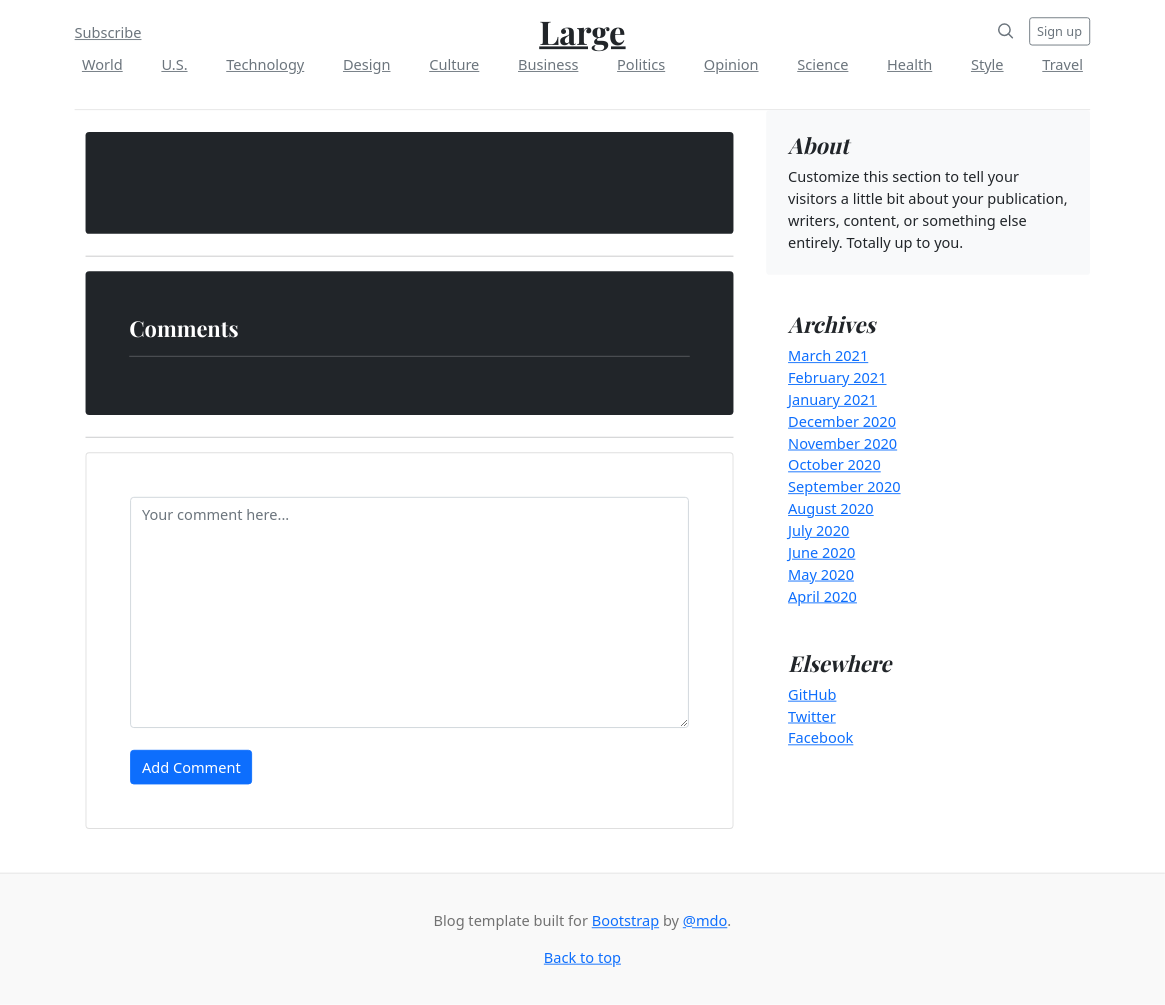
Repository: GarlicButterBoy/WEBD5201
Page: resources/views/posts/show.blade.php
An editor plug-in stored every save of this project. The page is shown before and after the next save, followed by the edit.
The browser window is 1280 px wide. The pictures show the whole page, at 91% of full size.
The page is served by the project's Laravel application, run on PHP 8.4 with Laravel 8. Other server files are loaded and not shown. The template is opened directly, without the code that normally fills it, so the values that code supplies are empty.

Above is the page before, as saved 2021-09-21 17:44:33.

### routes/web.php
<?php

/*
|--------------------------------------------------------------------------
| Web Routes
|--------------------------------------------------------------------------
|
| Here is where you can register web routes for your application. These
| routes are loaded by the RouteServiceProvider within a group which
| contains the "web" middleware group. Now create something great!
|
*/
use App\Task;
use App\Post;

// Route::get('/tasks', function () {
//     $tasks = DB::table('tasks')->get();
//     $tasks = \App\Task::all();
//     return view('tasks.index', compact('tasks'));
// });
Route::get('/tasks', 'TasksController@index'); //Replaced -> //Route::get('/tasks', function () {});
Route::get('/tasks/{task}', 'TasksController@show'); //Replaced -> //Route::get('/tasks/{task}', function ($id) {});


Route::get('/', 'PostsController@index');
Route::get('/posts/create', 'PostsController@create');
Route::post('/posts', 'PostsController@store');
Route::get('/posts/{post}', 'PostsController@show'); //Replaced -> //Route::get('/tasks', function () {});

// Route::get('/', function () {
//     //$name = 'Laracasts';
//     $tasks = [
//      'Go to the store',
//      'Finish my screencast',
//      'Clean the house'];
//     //Lesson 5, 3 ways to pass data to view
//     //return view('welcome', ['tasks' => $tasks]);
//     return view('welcome', compact('tasks'));
//     //return view('welcome')->with('tasks', $tasks);
// });
Route::get('/about', function () {  return view('about'); });

/* Posts
 *
 * GET /posts
 * GET /posts/create
 *
 * POST /posts
 *
 * GET /posts/{id}/edit
 * GET /posts/{id}
 *
 * PATCH /posts/{id}
 *
 * DELETE /posts/{id}
 *
 */

### resources/views/posts/show.blade.php
@extends ('layouts.main')


@section ('content')
<div class="col-md-8 p-4 ">
    <div class="p-4 p-md-5 mb-4 text-white rounded bg-dark">
        <h1>{{ $post->title }}</h1>

        <p>{{ $post->body }}</p>
    </div>

    <hr>

    <div class="comments p-4 p-md-5 mb-4 text-white rounded bg-dark">
        <h4>Comments</h4>
        <hr>
        <ol>
        @foreach ($post->comments as $comment)
        <li>
        <article>
            <strong>{{ $comment->created_at->diffForHumans() }}:</strong>

            {{$comment->body}}
        </article>
        </li>
        @endforeach
        </ol>
    </div>
    <hr>
    <div class="card p-4 p-md-5 mb-4">
        <div class="card-block">
    <form action="POST">
        <div class="form-group">
            <textarea class="form-control" name="body" id="body" cols="30" rows="10" placeholder="Your comment here..."></textarea>
        </div><br/>
        <div class="form-group">
            <button type="submit" class="btn btn-primary">Add Comment</button>
        </div>
    </form>
        </div>
    </div>


</div>

@endsection

### resources/views/layouts/main.blade.php
<!doctype html>
<html lang="en">
  <head>
    <meta charset="utf-8">
    <meta name="viewport" content="width=device-width, initial-scale=1">
    <meta name="description" content="">
    <meta name="author" content="Mark Otto, Jacob Thornton, and Bootstrap contributors">
    <meta name="generator" content="Hugo 0.88.1">
    <title>Blog Template · Bootstrap v5.1</title>

    <link rel="canonical" href="https://getbootstrap.com/docs/5.1/examples/blog/">



    <!-- Bootstrap core CSS -->
    <link href="https://cdn.jsdelivr.net/npm/bootstrap@5.1.1/dist/css/bootstrap.min.css" rel="stylesheet" integrity="sha384-F3w7mX95PdgyTmZZMECAngseQB83DfGTowi0iMjiWaeVhAn4FJkqJByhZMI3AhiU" crossorigin="anonymous">

    <!-- Favicons -->
<link rel="apple-touch-icon" href="/docs/5.1/assets/img/favicons/apple-touch-icon.png" sizes="180x180">
<link rel="icon" href="/docs/5.1/assets/img/favicons/favicon-32x32.png" sizes="32x32" type="image/png">
<link rel="icon" href="/docs/5.1/assets/img/favicons/favicon-16x16.png" sizes="16x16" type="image/png">
<link rel="manifest" href="/docs/5.1/assets/img/favicons/manifest.json">
<link rel="mask-icon" href="/docs/5.1/assets/img/favicons/safari-pinned-tab.svg" color="#7952b3">
<link rel="icon" href="/docs/5.1/assets/img/favicons/favicon.ico">
<meta name="theme-color" content="#7952b3">


    <style>
      .bd-placeholder-img {
        font-size: 1.125rem;
        text-anchor: middle;
        -webkit-user-select: none;
        -moz-user-select: none;
        user-select: none;
      }

      @media (min-width: 768px) {
        .bd-placeholder-img-lg {
          font-size: 3.5rem;
        }
      }
    </style>


    <!-- Custom styles for this template -->
    <link href="https://fonts.googleapis.com/css?family=Playfair&#43;Display:700,900&amp;display=swap" rel="stylesheet">
    <!-- Custom styles for this template -->
    <link href="/css/blog.css" rel="stylesheet">
  </head>
  <body>

<div class="container">
  <header class="blog-header py-3">
    <div class="row flex-nowrap justify-content-between align-items-center">
      <div class="col-4 pt-1">
        <a class="link-secondary" href="#">Subscribe</a>
      </div>
      <div class="col-4 text-center">
        <a class="blog-header-logo text-dark" href="#">Large</a>
      </div>
      <div class="col-4 d-flex justify-content-end align-items-center">
        <a class="link-secondary" href="#" aria-label="Search">
          <svg xmlns="http://www.w3.org/2000/svg" width="20" height="20" fill="none" stroke="currentColor" stroke-linecap="round" stroke-linejoin="round" stroke-width="2" class="mx-3" role="img" viewBox="0 0 24 24"><title>Search</title><circle cx="10.5" cy="10.5" r="7.5"/><path d="M21 21l-5.2-5.2"/></svg>
        </a>
        <a class="btn btn-sm btn-outline-secondary" href="#">Sign up</a>
      </div>
    </div>


  @include ('layouts.nav')
  </header>


</div>

<div class="container">
  <div class="row">

    @yield ('content')

    @include ('layouts.sidebar')
    </div>

</main>
  </div>
</div>

@include ('layouts.footer')

  </body>
</html>

### resources/views/layouts/nav.blade.php
<div class="nav-scroller py-1 mb-2">
    <nav class="nav d-flex justify-content-between">
      <a class="p-2 link-secondary" href="#">World</a>
      <a class="p-2 link-secondary" href="#">U.S.</a>
      <a class="p-2 link-secondary" href="#">Technology</a>
      <a class="p-2 link-secondary" href="#">Design</a>
      <a class="p-2 link-secondary" href="#">Culture</a>
      <a class="p-2 link-secondary" href="#">Business</a>
      <a class="p-2 link-secondary" href="#">Politics</a>
      <a class="p-2 link-secondary" href="#">Opinion</a>
      <a class="p-2 link-secondary" href="#">Science</a>
      <a class="p-2 link-secondary" href="#">Health</a>
      <a class="p-2 link-secondary" href="#">Style</a>
      <a class="p-2 link-secondary" href="#">Travel</a>
    </nav>
</div>

### resources/views/layouts/sidebar.blade.php
<div class="col-md-4">
      <div class="position-sticky" style="top: 2rem;">
        <div class="p-4 mb-3 bg-light rounded">
          <h4 class="fst-italic">About</h4>
          <p class="mb-0">Customize this section to tell your visitors a little bit about your publication, writers, content, or something else entirely. Totally up to you.</p>
        </div>

        <div class="p-4">
          <h4 class="fst-italic">Archives</h4>
          <ol class="list-unstyled mb-0">
            <li><a href="#">March 2021</a></li>
            <li><a href="#">February 2021</a></li>
            <li><a href="#">January 2021</a></li>
            <li><a href="#">December 2020</a></li>
            <li><a href="#">November 2020</a></li>
            <li><a href="#">October 2020</a></li>
            <li><a href="#">September 2020</a></li>
            <li><a href="#">August 2020</a></li>
            <li><a href="#">July 2020</a></li>
            <li><a href="#">June 2020</a></li>
            <li><a href="#">May 2020</a></li>
            <li><a href="#">April 2020</a></li>
          </ol>
        </div>

        <div class="p-4">
          <h4 class="fst-italic">Elsewhere</h4>
          <ol class="list-unstyled">
            <li><a href="#">GitHub</a></li>
            <li><a href="#">Twitter</a></li>
            <li><a href="#">Facebook</a></li>
          </ol>
        </div>
      </div>
    </div>

### resources/views/layouts/footer.blade.php
<footer class="blog-footer">
  <p>Blog template built for <a href="https://getbootstrap.com/">Bootstrap</a> by <a href="https://twitter.com/mdo">@mdo</a>.</p>
  <p>
    <a href="#">Back to top</a>
  </p>
</footer>

### public/css/blog.css

  /* stylelint-disable selector-list-comma-newline-after */

.blog-header {
  line-height: 1;
  border-bottom: 1px solid #e5e5e5;
}

.blog-header-logo {
  font-family: "Playfair Display", Georgia, "Times New Roman", serif/*rtl:Amiri, Georgia, "Times New Roman", serif*/;
  font-size: 2.25rem;
}

.blog-header-logo:hover {
  text-decoration: none;
}

h1, h2, h3, h4, h5, h6 {
  font-family: "Playfair Display", Georgia, "Times New Roman", serif/*rtl:Amiri, Georgia, "Times New Roman", serif*/;
}

.display-4 {
  font-size: 2.5rem;
}
@media (min-width: 768px) {
  .display-4 {
    font-size: 3rem;
  }
}

.nav-scroller {
  position: relative;
  z-index: 2;
  height: 2.75rem;
  overflow-y: hidden;
}

.nav-scroller .nav {
  display: flex;
  flex-wrap: nowrap;
  padding-bottom: 1rem;
  margin-top: -1px;
  overflow-x: auto;
  text-align: center;
  white-space: nowrap;
  -webkit-overflow-scrolling: touch;
}

.nav-scroller .nav-link {
  padding-top: .75rem;
  padding-bottom: .75rem;
  font-size: .875rem;
}

.card-img-right {
  height: 100%;
  border-radius: 0 3px 3px 0;
}

.flex-auto {
  flex: 0 0 auto;
}

.h-250 { height: 250px; }
@media (min-width: 768px) {
  .h-md-250 { height: 250px; }
}

/* Pagination */
.blog-pagination {
  margin-bottom: 4rem;
}
.blog-pagination > .btn {
  border-radius: 2rem;
}

/*
 * Blog posts
 */
.blog-post {
  margin-bottom: 4rem;
}
.blog-post-title {
  margin-bottom: .25rem;
  font-size: 2.5rem;
}
.blog-post-meta {
  margin-bottom: 1.25rem;
  color: #727272;
}

/*
 * Footer
 */
.blog-footer {
  padding: 2.5rem 0;
  color: #727272;
  text-align: center;
  background-color: #f9f9f9;
  border-top: .05rem solid #e5e5e5;
}
.blog-footer p:last-child {
  margin-bottom: 0;
}

Loaded but not shown: app/Providers/AppServiceProvider.php (common file)

After the next save:
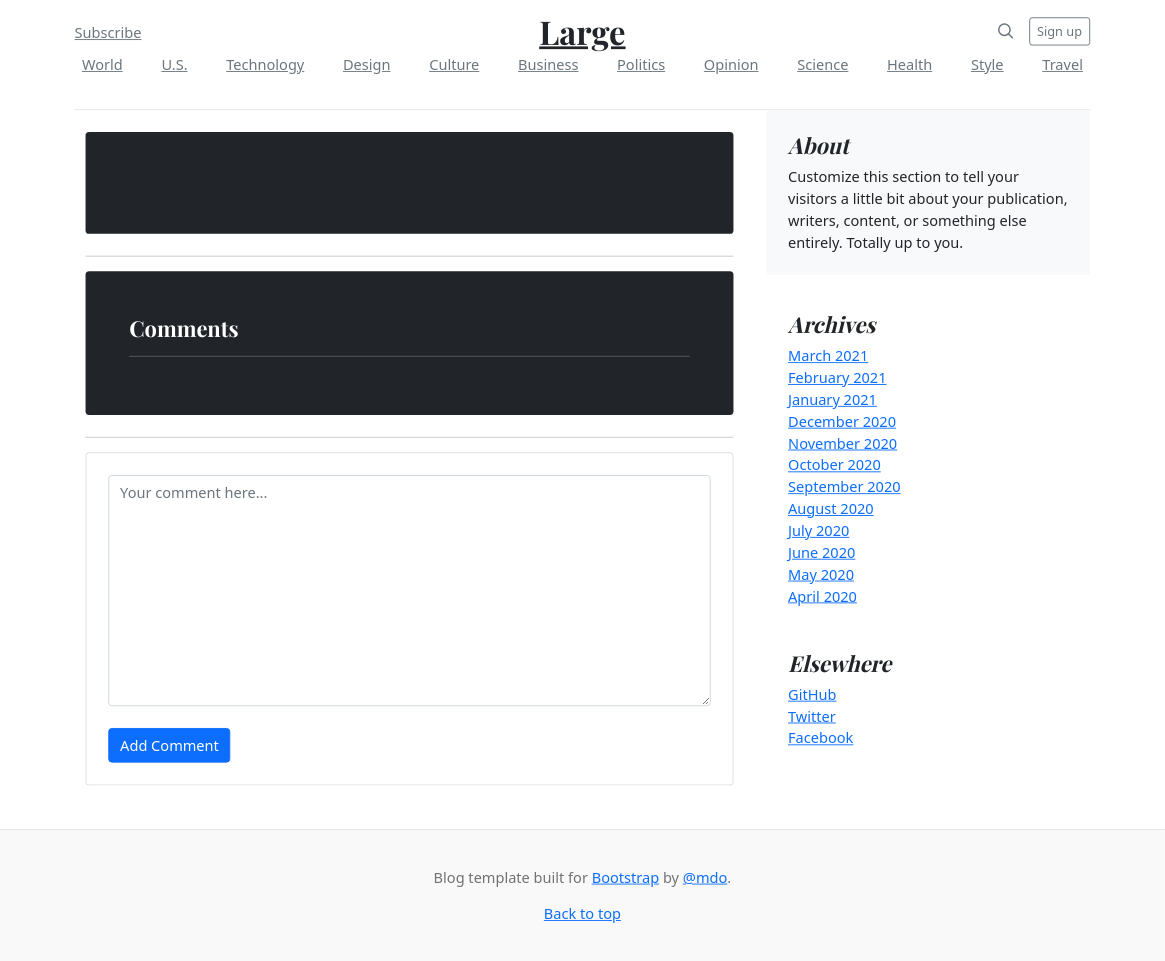
Saved 14 s later.
--- a/resources/views/posts/show.blade.php
+++ b/resources/views/posts/show.blade.php
@@ -27,7 +27,7 @@
         </ol>
     </div>
     <hr>
-    <div class="card p-4 p-md-5 mb-4">
+    <div class="card p-4 p-5md- mb-4">
         <div class="card-block">
     <form action="POST">
         <div class="form-group">
